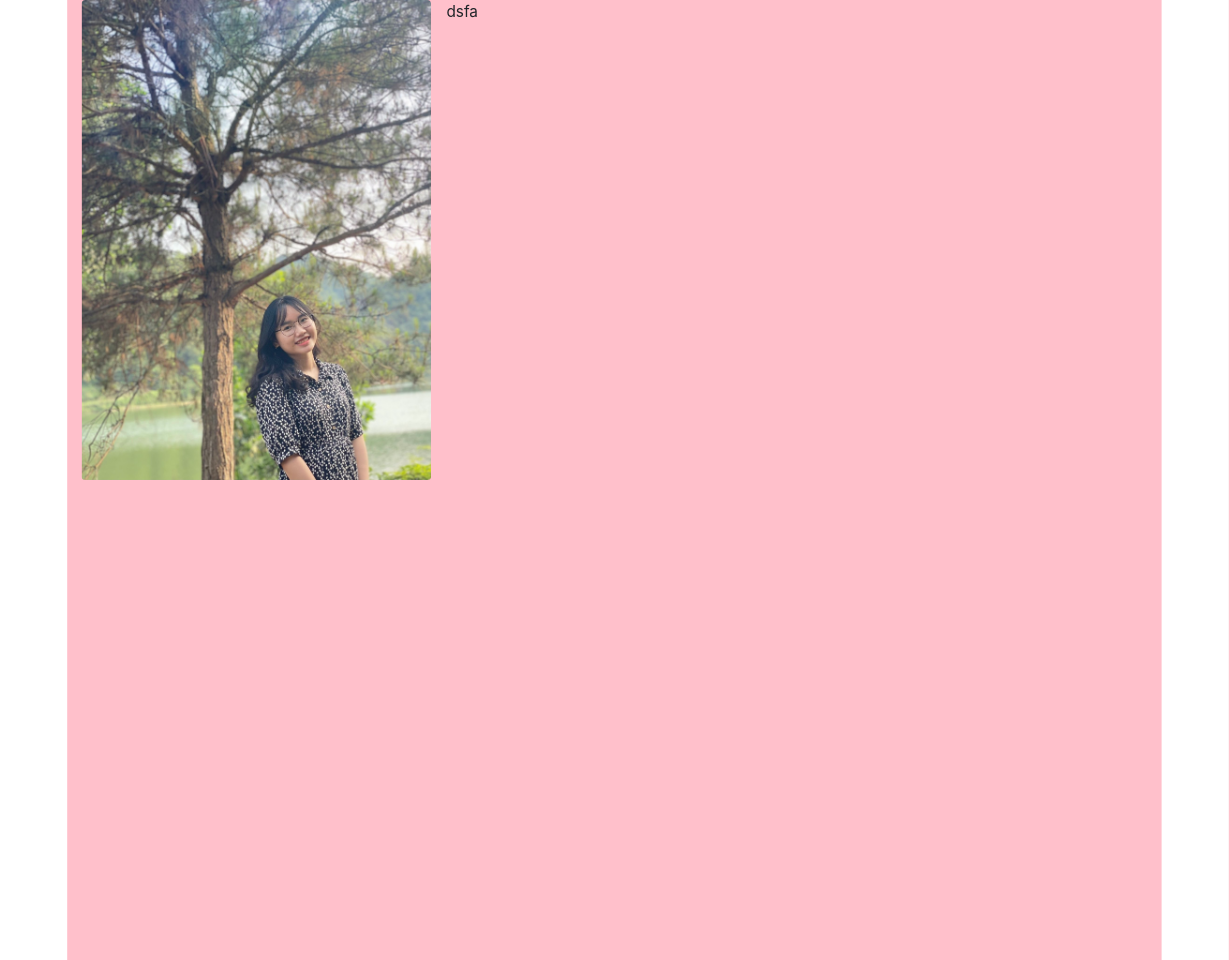
Repository: huyennvo/CSS
Page: CV/index.html
An editor plug-in stored every save of this project. The page is shown before and after the next save, followed by the edit.
The browser window is 1280 px wide. The pictures show the whole page, at 96% of full size.

Above is the page before, as saved 2022-07-18 14:38:04.

After the next save:
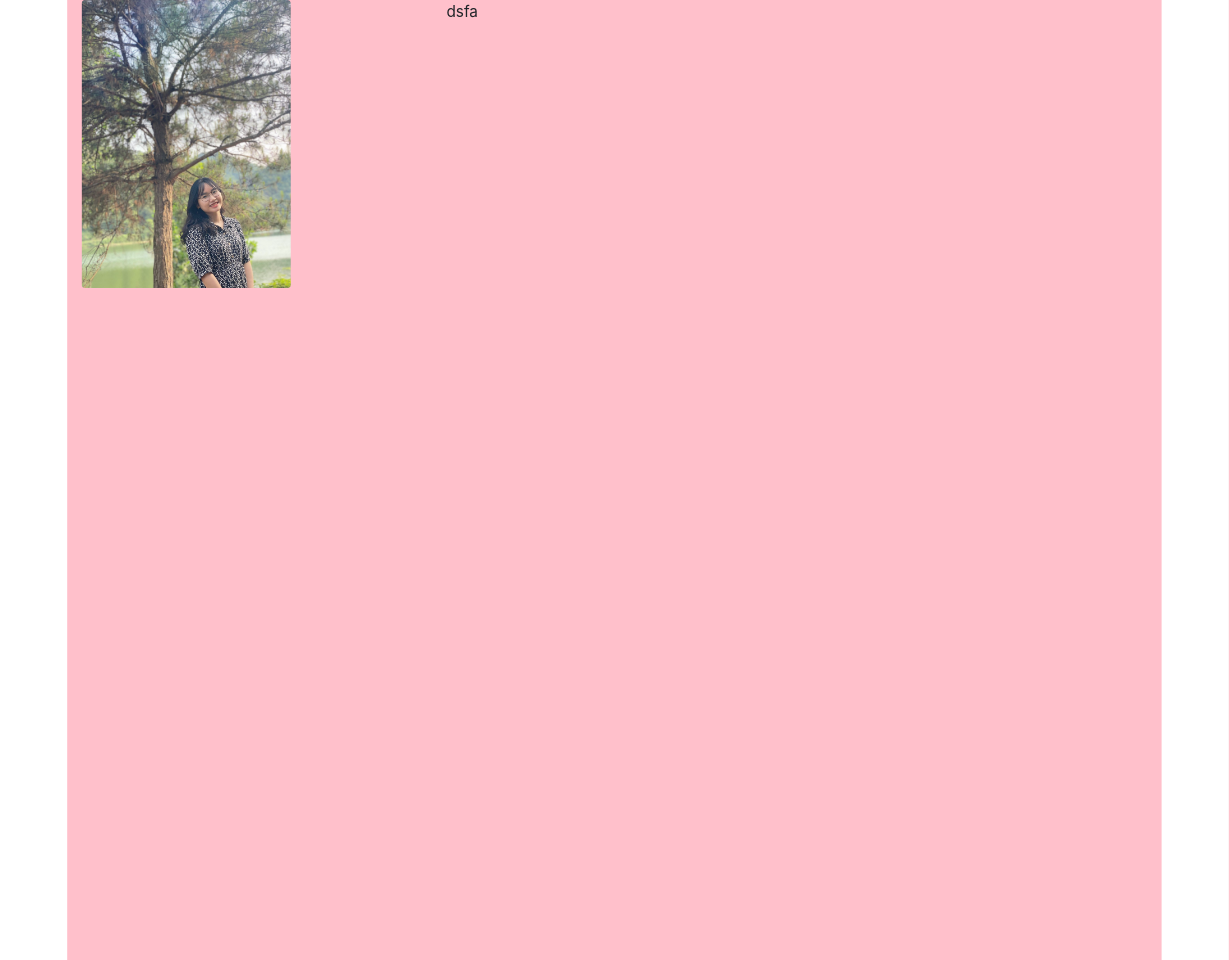
Saved 8 s later.
--- a/CV/style.css
+++ b/CV/style.css
@@ -11,8 +11,8 @@
 
 img {
     display: block;
-    max-width:500px;
-    max-height:500px;
+    max-width:300px;
+    max-height:300px;
     width: auto;
     height: auto;
   }
